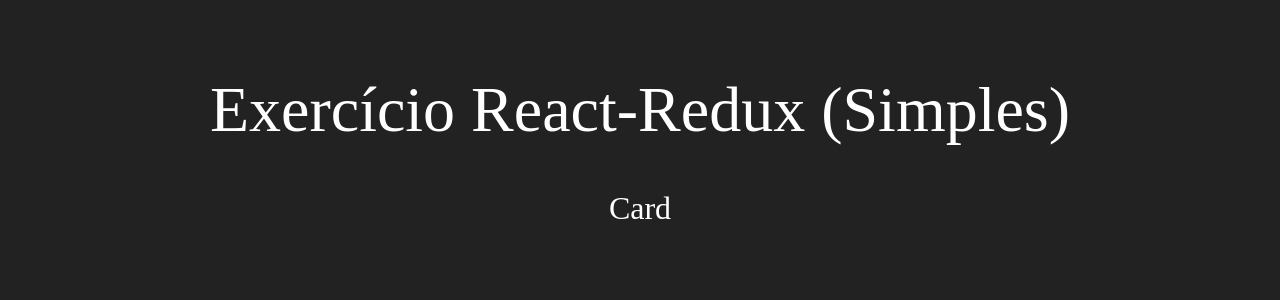
Repository: eversonps/redux-simples
Page: /
An editor plug-in stored every save of this project. The page is shown before and after the next save, followed by the edit.
The browser window is 1280 px wide. The pictures show the whole page.
The project was rebuilt for these pictures with package versions that can differ from the ones it lists, and the page was loaded fresh each time. Also part of the build but not shown: src/components/Card.css.

Above is the page before, as saved 2022-03-10 17:35:52.

### src/index.css
body{
  background-color: #222;
  font-size: 2rem;
  color: #fff;
  margin: 30px;
}

### src/App.js
import logo from './logo.svg';
import './App.css';
import Card from './components/Card';
function App() {
  return (
    <div className="App">
      <h1>Exercício React-Redux (Simples)</h1>
      <div className='linha'>
        <Card></Card>
      </div>
    </div>
  );
}

export default App;

### src/App.css
.App{
  display: flex;
  flex-direction: column;
  align-items: center;
}

h1{
  font-weight: 200;
}

.linha{
  display: flex;
}

### src/components/Card.jsx
import "./Card.css"
import React from "react"

export default props => (
    <div>Card</div>
)

Loaded but not shown: public/index.html (common file); src/index.js (common file); src/reportWebVitals.js (common file)

After the next save:
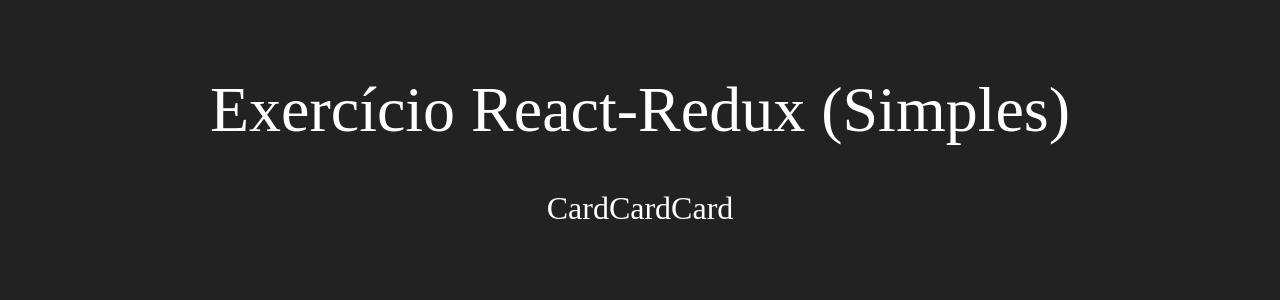
Saved 15 s later.
--- a/src/App.js
+++ b/src/App.js
@@ -7,6 +7,8 @@ function App() {
       <h1>Exercício React-Redux (Simples)</h1>
       <div className='linha'>
         <Card></Card>
+        <Card></Card>
+        <Card></Card>
       </div>
     </div>
   );
